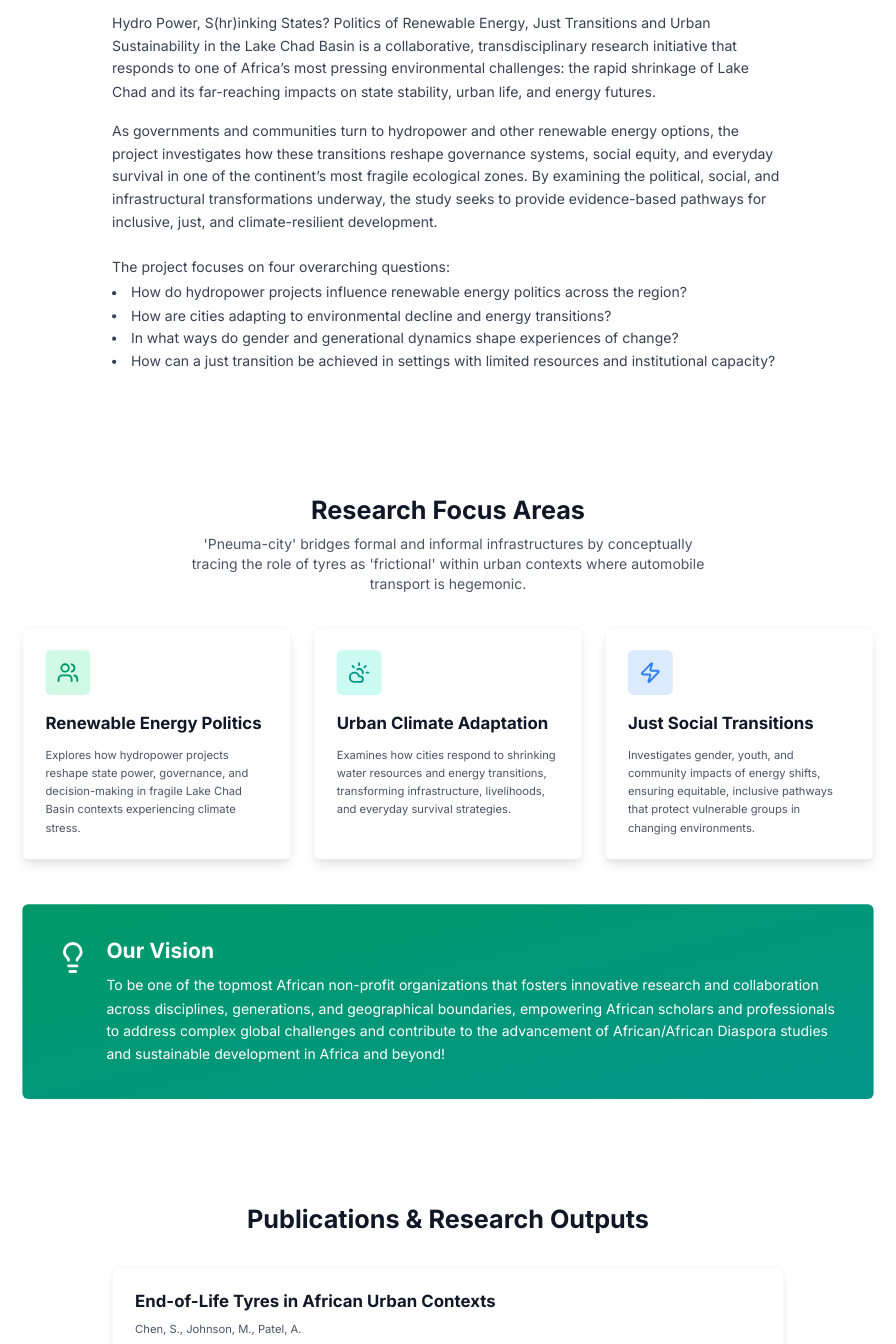
Repository: tiossdav/codesria
Page: /
The author's editor kept a copy of each file at every save. The page is drawn from the files as they stood at one save, then again after the next save.
The browser window is 1280 px wide. The pictures show the part of the page from y = 927 to 2847 px (the page is 5119 px tall), at 70% of full size.
The project was rebuilt for these pictures with package versions that can differ from the ones it lists, and the page was loaded fresh each time. Also part of the build but not shown: vite.config.ts.

Above is the page before, as saved 2025-11-19 20:16:42.

After the next save:
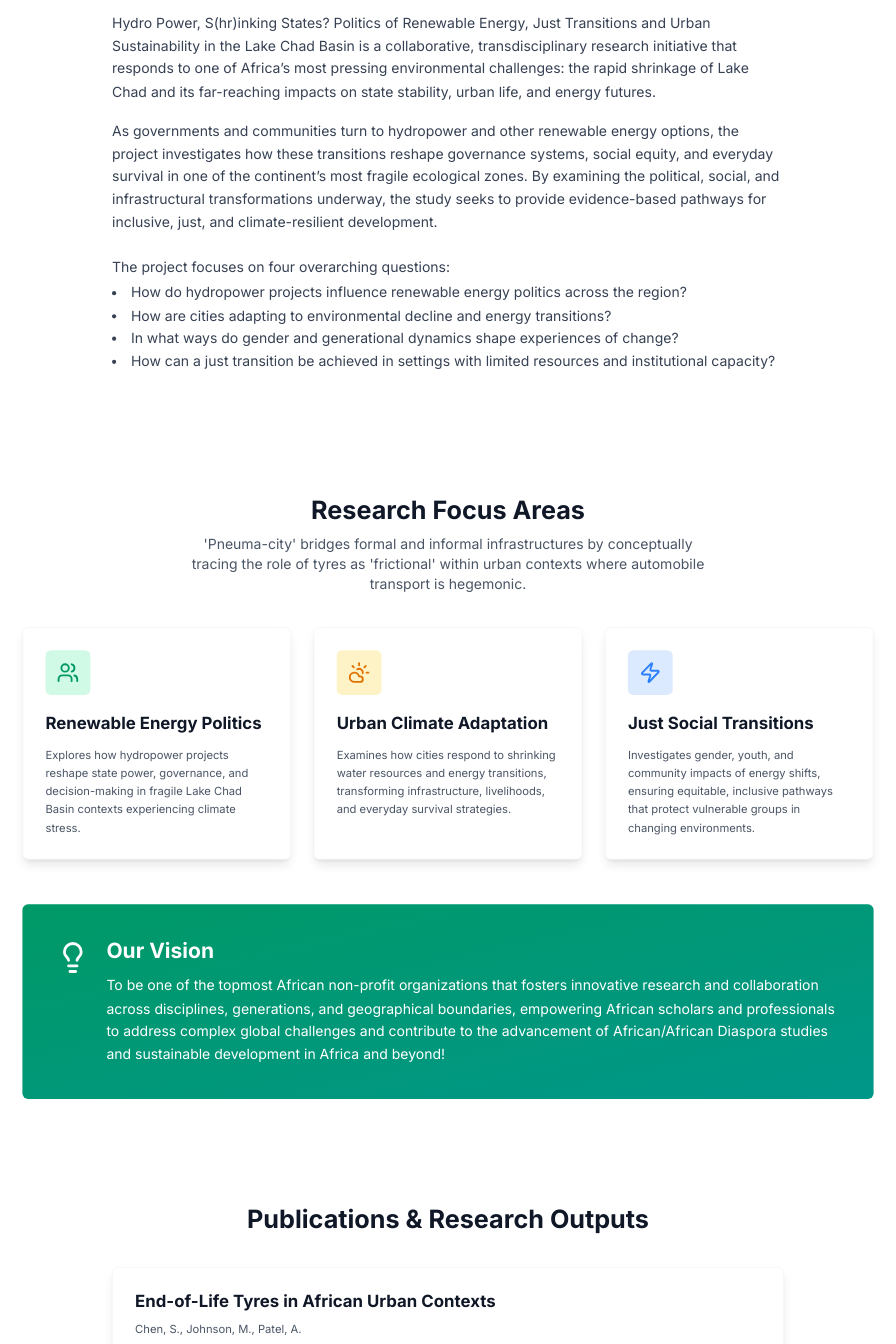
Saved 23 s later.
--- a/src/pages/Research.tsx
+++ b/src/pages/Research.tsx
@@ -28,8 +28,8 @@ function Research() {
         </div>
 
         <div className="bg-white p-8 rounded-lg shadow-lg border border-gray-100 hover:shadow-xl transition-shadow">
-          <div className="bg-teal-100 w-16 h-16 rounded-lg flex items-center justify-center mb-6">
-            <CloudSun className="h-8 w-8 text-teal-600" />
+          <div className="bg-amber-100 w-16 h-16 rounded-lg flex items-center justify-center mb-6">
+            <CloudSun className="h-8 w-8 text-amber-600" />
           </div>
           <h3 className="text-2xl font-bold text-gray-900 mb-4">
             Urban Climate Adaptation
